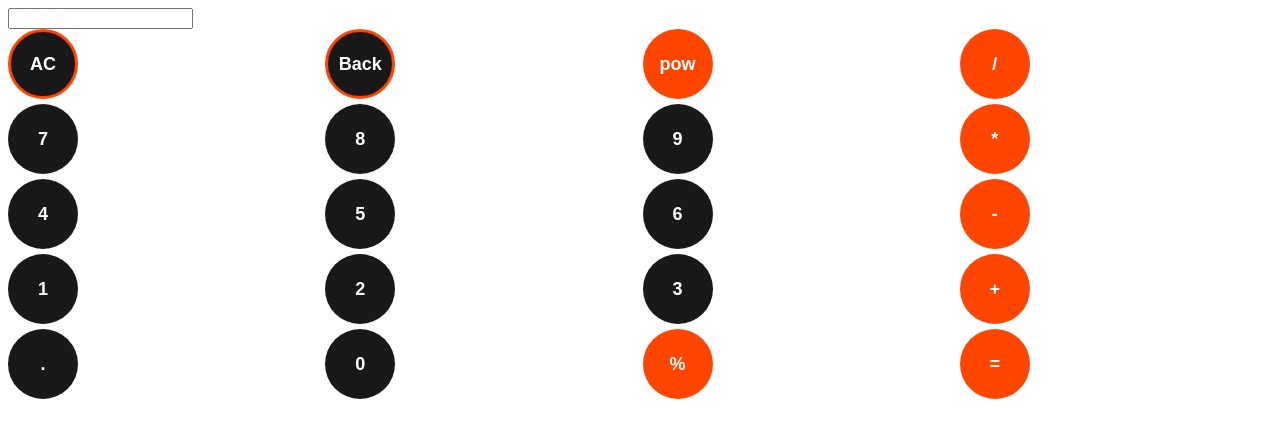
Repository: SakthivelDurai47/calculator
Page: index.html
An editor plug-in stored every save of this project. The page is shown before and after the next save, followed by the edit.
The browser window is 1280 px wide. The pictures show the whole page.
The pointer rests on the first visible `.operator`.

Above is the page before, as saved 2025-04-13 15:12:50.

After the next save:
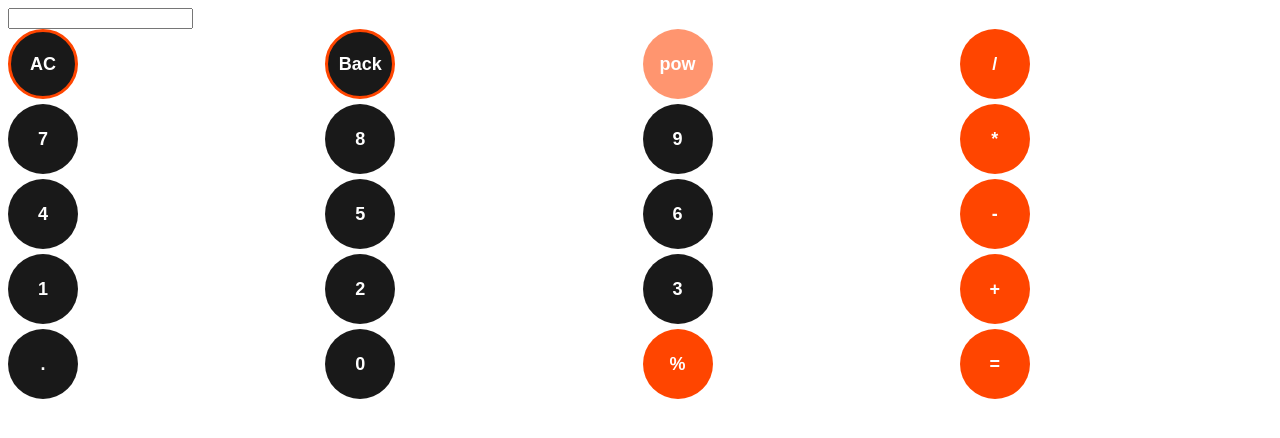
Saved 13 s later.
--- a/styles.css
+++ b/styles.css
@@ -26,8 +26,8 @@ button:active {
   background-color: orangered;
 }
 .operator:hover {
-  background-color: orangered;
+  background-color: rgba(255, 68, 0, 0.564);
 }
 .operator:active {
-  background-color: orangered;
+  background-color: rgba(255, 68, 0, 0.128);
 }
